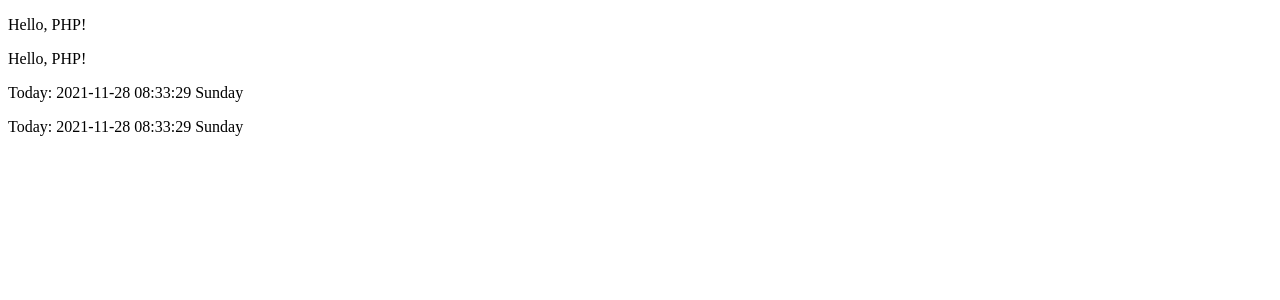
Repository: posse-ap/gen2.0-Karen-812
Page: http://localhost/work/web/index.php
The author's editor kept a copy of each file at every save. The page is drawn from the files as they stood at one save, then again after the next save.
The browser window is 1280 px wide. The pictures show the whole page.
The page is run by PHP 8.4 with error messages shown; the project is at /var/www/html/.

Above is the page before, as saved 2021-12-23 12:10:48.

After the next save:
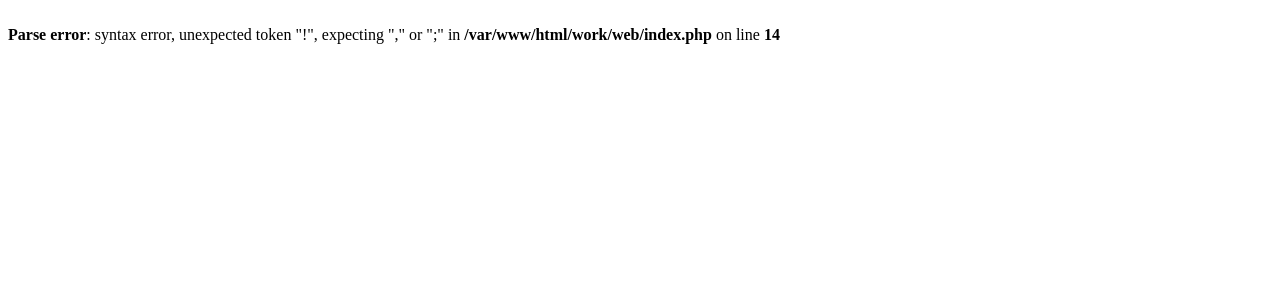
Saved 14 s later.
--- a/basic_php_webdev-master/work/web/index.php
+++ b/basic_php_webdev-master/work/web/index.php
@@ -11,7 +11,7 @@
 </head>
 <body>
   <p>Hello, PHP!</p>
-  <p>Hello, PHP!</p>
+  <p>Hello, <?=PHP!</p>
   <p>Today: <?= date('Y-m-d H:i:s l'); ?></p>
   <p>Today: <?= $today; ?></p>
 </body>

After the 3 saves that followed:
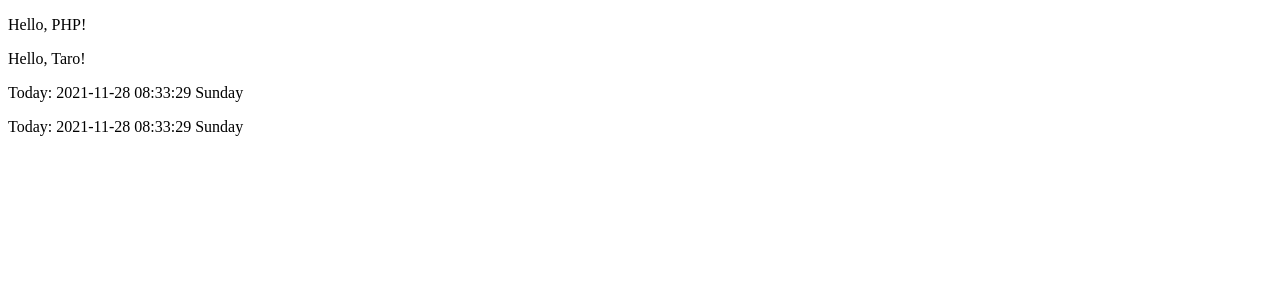
The 3 saves are shown as one change because they came seconds apart.
The last was saved 9 s later.
--- a/basic_php_webdev-master/work/web/index.php
+++ b/basic_php_webdev-master/work/web/index.php
@@ -11,7 +11,7 @@
 </head>
 <body>
   <p>Hello, PHP!</p>
-  <p>Hello, <?=PHP!</p>
+  <p>Hello, <?= $name ?>!</p>
   <p>Today: <?= date('Y-m-d H:i:s l'); ?></p>
   <p>Today: <?= $today; ?></p>
 </body>
